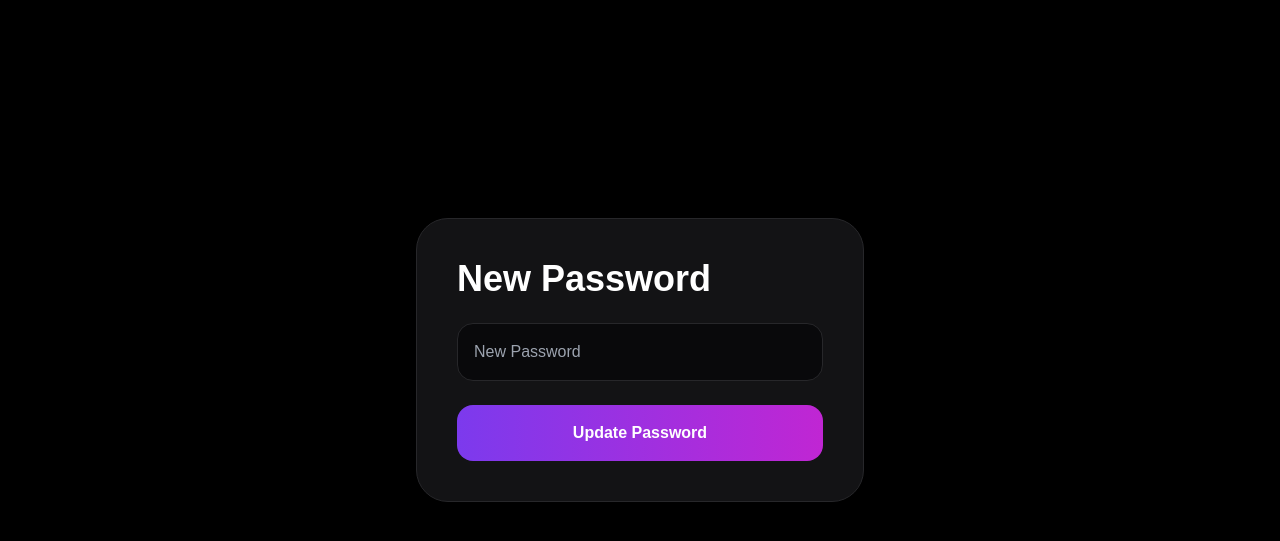
Repository: Maykal-Projects/Otakuflow
Page: /reset-password
These files come from the project's save history. The page is drawn as it stood at one moment and after the next save; the edit follows.
The browser window is 1280 px wide. The pictures show the whole page.
The project was rebuilt for these pictures with package versions that can differ from the ones it lists, and the page was loaded fresh each time. The framework's server and built-in components were replaced by stand-ins that run in the browser. Also part of the build but not shown: next.config.ts.

Above is the page before, as saved 2026-05-30 15:30:14.

After the next save:
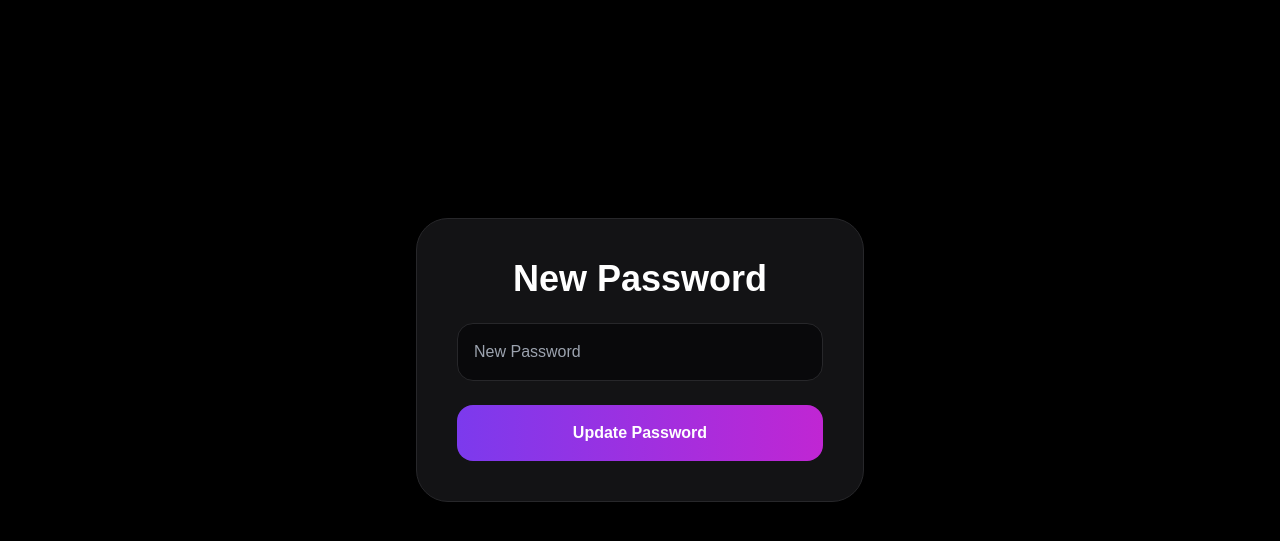
Saved 2 min 53 s later.
--- a/app/reset-password/page.tsx
+++ b/app/reset-password/page.tsx
@@ -48,7 +48,7 @@ async function updatePassword() {
 
       <div className="w-full max-w-md bg-zinc-900/80 border border-zinc-800 rounded-[32px] p-10">
 
-        <h1 className="text-4xl font-black mb-6">
+        <h1 className="text-4xl font-black mb-6 text-center">
           New Password
         </h1>
 
